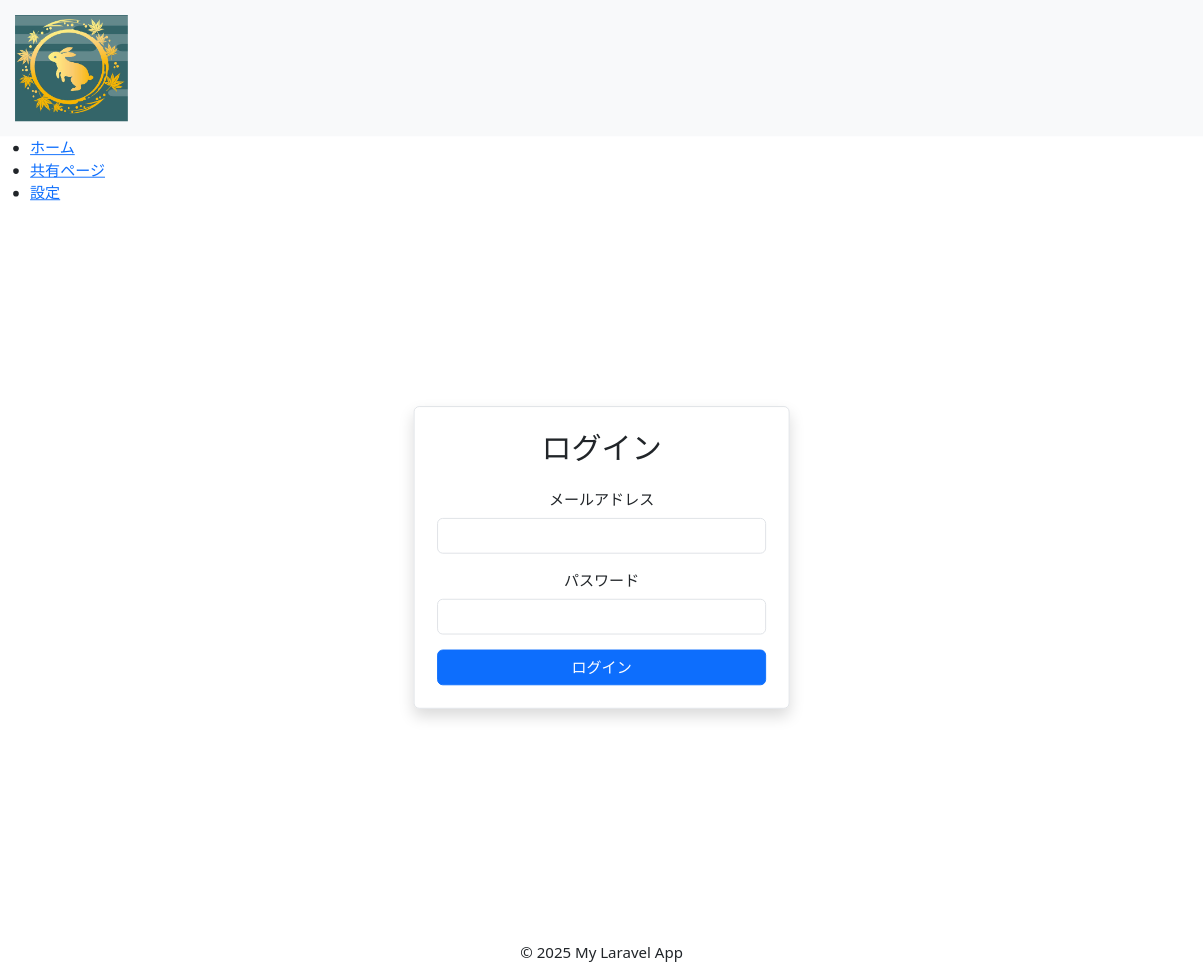
Repository: yoneza03/my-laravel-project
Page: http://localhost/login
The author's editor kept a copy of each file at every save. The page is drawn from the files as they stood at one save, then again after the next save.
The browser window is 1280 px wide. The pictures show the whole page, at 94% of full size.
The page is served by the project's Laravel application, run on PHP 8.4 with Laravel 12. Other server files are loaded and not shown.

Above is the page before, as saved 2025-06-04 20:55:52.

### app/routes/web.php
<?php

use Illuminate\Support\Facades\Route;
use App\Http\Controllers\HomeController;
use App\Http\Controllers\Auth\LoginController;
use App\Http\Controllers\ShoppingFuelController;
use App\Http\Controllers\SharedController;


Route::get('/', function () {
    return view('welcome');
});
Route::get('/', [HomeController::class, 'index'])->name('home');
// Route::get('/home', [HomeController::class, 'index'])->name('home');

Route::get('/login', [LoginController::class, 'showLoginForm'])->name('login');
Route::get('/login', [LoginController::class, 'showLoginForm'])->name('login');
Route::post('/login', [LoginController::class, 'login']);

Route::post('/shopping-fuel', [ShoppingFuelController::class, 'store'])->name('shoppingFuel.store');
Route::get('/shopping-fuel/{id}', [ShoppingFuelController::class, 'show'])->name('shoppingFuel.show');
Route::put('/shopping-fuel/{id}', [ShoppingFuelController::class, 'update'])->name('shoppingFuel.update');
Route::delete('/shopping-fuel/{id}', [ShoppingFuelController::class, 'destroy'])->name('shoppingFuel.destroy');
Route::get('/shopping-fuel', [ShoppingFuelController::class, 'index']);

Route::get('/shared', [SharedController::class, 'index']);
Route::get('/password-reset', [PasswordResetController::class, 'showRequestForm'])->name('password_reset_request');
Route::get('/register', [RegisterController::class, 'showRegistrationForm'])->name('register');

### app/app/Http/Controllers/Auth/LoginController.php
<?php

namespace App\Http\Controllers\Auth;

use App\Http\Controllers\Controller;
use Illuminate\Http\Request;
use Illuminate\Support\Facades\Auth;

class LoginController extends Controller
{
    public function showLoginForm()
    {
        return view('auth.login');
    }

    public function login(Request $request)
    {
    $request->validate([
        'email' => 'required|email',
        'password' => 'required',
    ]);

    if (Auth::attempt($request->only('email', 'password'))) {
        return redirect()->route('home'); // ログイン成功時、ホーム画面へ遷移
    }

    // ログイン失敗時にエラーページへ遷移
    return response()->view('error_page', [
        'message' => 'ログイン情報が正しくありません。',
        'back_url' => route('login')
    ], 403);
    }
}

### app/resources/views/auth/login.blade.php
<!DOCTYPE html>
<html lang="ja">
<head>
    <meta charset="UTF-8">
    <title>ログイン</title>
    <link rel="stylesheet" href="{{ asset('css/style.css') }}">
    <link rel="stylesheet" href="https://cdn.jsdelivr.net/npm/bootstrap@5.3.0/dist/css/bootstrap.min.css">
</head>
<body>
{{--
    <h1>ログイン画面</h1>
    <form action="{{ route('login') }}" method="POST">
        @csrf
        <label for="email">メールアドレス:</label>
        <input type="email" name="email" required>
        <label for="password">パスワード:</label>
        <input type="password" name="password" required>
        <button type="submit">ログイン</button>
    </form> --}}
    @extends('layouts.app')

    @section('content')
    <div class="container d-flex justify-content-center align-items-center vh-100">
        <div class="border rounded p-4 shadow text-center" style="width: 400px;">
            <h2 class="mb-4">ログイン</h2>

            <!-- メールアドレスフォーム -->
            <form action="{{ route('login') }}" method="POST">
                @csrf
                <div class="mb-3">
                    <label for="email" class="form-label">メールアドレス</label>
                    <input type="email" name="email" class="form-control" required>
                </div>

                <!-- パスワードフォーム -->
                <div class="mb-3">
                    <label for="password" class="form-label">パスワード</label>
                    <input type="password" name="password" class="form-control" required>
                </div>

                <!-- パスワードリセット -->
                {{-- <div class="mb-3">
                    <a href="{{ route('password_reset_request') }}">パスワードを忘れた方はこちら</a>
                </div>
 --}}
                <!-- 新規登録 -->
                {{-- <div class="mb-4">
                    <a href="{{ route('register') }}" class="btn btn-outline-primary w-100">新規登録</a>
                </div> --}}

                <!-- ログインボタン -->
                <button type="submit" class="btn btn-primary w-100">ログイン</button>
            </form>
        </div>
    </div>
    @endsection
</body>
</html>

### app/resources/views/layouts/app.blade.php
<!DOCTYPE html>
<html lang="ja">
<head>
    <meta charset="UTF-8">
    <meta name="viewport" content="width=device-width, initial-scale=1">
    <title>@yield('title')</title>

    <!-- Bootstrap -->
    <link rel="stylesheet" href="https://cdn.jsdelivr.net/npm/bootstrap@5.3.0/dist/css/bootstrap.min.css">

    <!-- カスタム CSS -->
    <link rel="stylesheet" href="{{ asset('css/style.css') }}">
</head>
<body>
    @include('layouts.header')  {{-- ヘッダーを読み込み --}}
    @include('layouts.navbar')  {{-- ナビゲーションを読み込み --}}

    <div class="container">
        @yield('content')  {{-- 各ページの内容をここに埋め込む --}}
    </div>

    @include('layouts.footer')  {{-- フッターを読み込み --}}

    <!-- Bootstrap JS -->
    <script src="https://cdn.jsdelivr.net/npm/bootstrap@5.3.0/dist/js/bootstrap.bundle.min.js"></script>

    <!-- カスタム JavaScript -->
    <script src="{{ asset('js/script.js') }}"></script>
</body>
</html>

### app/resources/views/layouts/header.blade.php
<header class="d-flex justify-content-between align-items-center p-3 bg-light">
    <a href="{{ route('login') }}">
        <img src="{{ asset('images/logo.png') }}" alt="ロゴ" class="logo">
    </a>

    @if(Auth::check()) {{-- ログイン済みなら表示 --}}
        <a href="{{ route('logout') }}" class="btn btn-danger">ログアウト</a>
    @endif
    {{-- <nav>
        <ul>
            <li><a href="{{ url('/') }}">ホーム</a></li>
            <li><a href="{{ url('/shared') }}">共有ページ</a></li>
            <li><a href="{{ url('/profile') }}">プロフィール</a></li>
        </ul>
    </nav> --}}

</header>

### app/resources/views/layouts/navbar.blade.php
<nav>
    <ul>
        <li><a href="{{ url('/') }}">ホーム</a></li>
        <li><a href="{{ url('/shared') }}">共有ページ</a></li>
        <li><a href="{{ url('/settings') }}">設定</a></li>
    </ul>
</nav>

### app/resources/views/layouts/footer.blade.php
<footer class="text-center mt-5">
    <p>&copy; 2025 My Laravel App</p>
</footer>

### app/public/css/style.css
.logo {
    width: 120px;
    height: auto;
}

Loaded but not shown: app/app/Http/Controllers/Controller.php (common file)

After the next save:
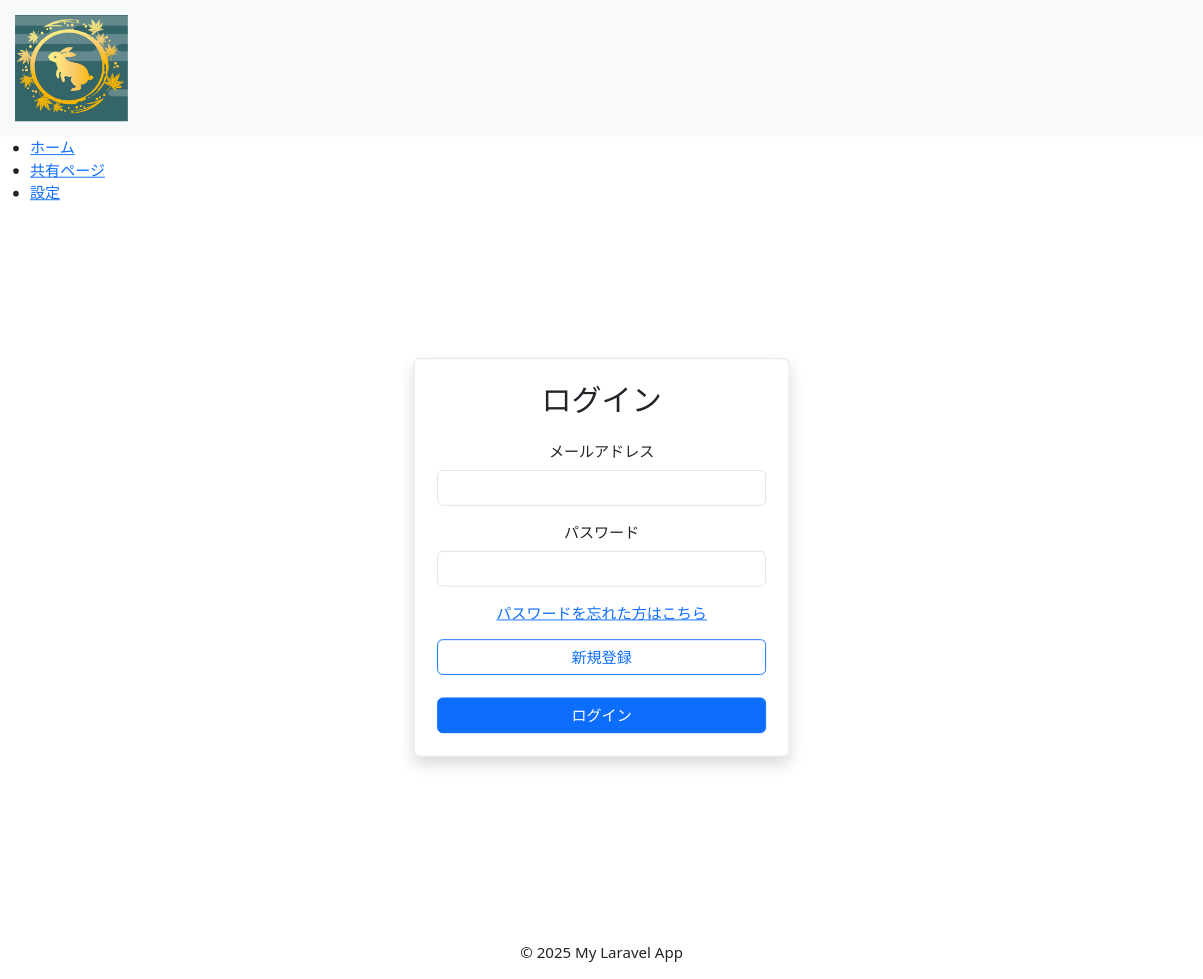
Saved 7 min 41 s later.
--- a/app/resources/views/auth/login.blade.php
+++ b/app/resources/views/auth/login.blade.php
@@ -7,16 +7,6 @@
     <link rel="stylesheet" href="https://cdn.jsdelivr.net/npm/bootstrap@5.3.0/dist/css/bootstrap.min.css">
 </head>
 <body>
-{{--
-    <h1>ログイン画面</h1>
-    <form action="{{ route('login') }}" method="POST">
-        @csrf
-        <label for="email">メールアドレス:</label>
-        <input type="email" name="email" required>
-        <label for="password">パスワード:</label>
-        <input type="password" name="password" required>
-        <button type="submit">ログイン</button>
-    </form> --}}
     @extends('layouts.app')
 
     @section('content')
@@ -39,14 +29,14 @@
                 </div>
 
                 <!-- パスワードリセット -->
-                {{-- <div class="mb-3">
+                <div class="mb-3">
                     <a href="{{ route('password_reset_request') }}">パスワードを忘れた方はこちら</a>
                 </div>
- --}}
+
                 <!-- 新規登録 -->
-                {{-- <div class="mb-4">
+                <div class="mb-4">
                     <a href="{{ route('register') }}" class="btn btn-outline-primary w-100">新規登録</a>
-                </div> --}}
+                </div>
 
                 <!-- ログインボタン -->
                 <button type="submit" class="btn btn-primary w-100">ログイン</button>
